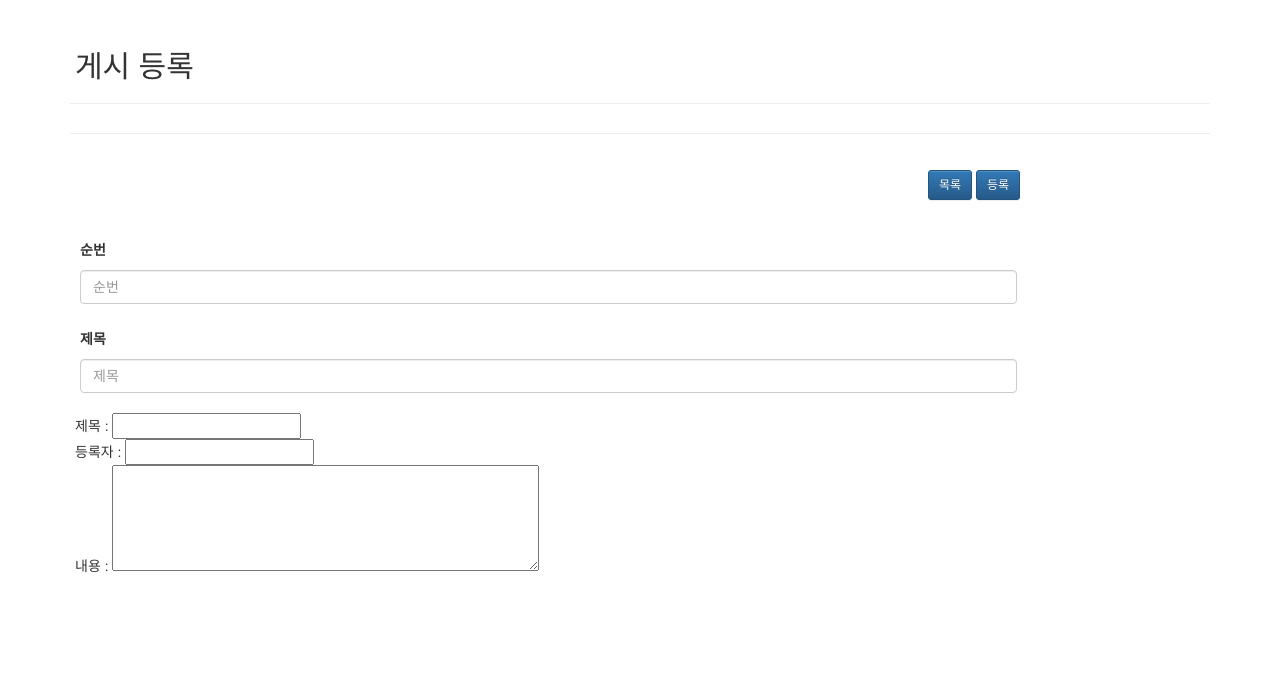
Repository: dongseon-git/WEB_JSP
Page: http://localhost/studyhtml5/board/board_reg.jsp
These files come from the project's save history. The page is drawn as it stood at one moment and after the next save; the edit follows.
The browser window is 1280 px wide. The pictures show the whole page.
The page is served by Tomcat 9. Nobody is signed in. The application's start-up code is not run. Other server files are loaded and not shown.

Above is the page before, as saved 2022-05-24 05:45:25.

### workspace/studyhtml5/WebContent/board/board_reg.jsp
<%@ page language="java" contentType="text/html; charset=UTF-8"
    pageEncoding="UTF-8"%>
    <!-- JSTL Core -->
<%@ taglib prefix="c" uri="http://java.sun.com/jsp/jstl/core" %>
<%@ taglib prefix="fmt" uri="http://java.sun.com/jsp/jstl/fmt"%>
<%@ taglib prefix="fn" uri="http://java.sun.com/jsp/jstl/functions" %>
    <%@include file = "/com/common.jsp" %>
    <%
    LOG.debug("contPath:" +contPath);
    %>
<!DOCTYPE html>
<html>
<head>
<meta name="viewport" content="width=device-width,initial-scale=1.0">
<meta charset="UTF-8">
<link rel="shortcut icon" type="image/x-icon" href="<%=contPath %>/favicon.ico">

<!--reset 스타일 시트 -->
<link rel="stylesheet" type="text/css" href="<%=contPath %>/asset/css/reset.css" >
<link rel="stylesheet"  type="text/css" href="<%=contPath %>/asset/css/jQuery-ui.css">
<link rel="stylesheet" href="https://maxcdn.bootstrapcdn.com/bootstrap/3.3.2/css/bootstrap.min.css">
<!-- 부가적인 테마 -->
<link rel="stylesheet" href="https://maxcdn.bootstrapcdn.com/bootstrap/3.3.2/css/bootstrap-theme.min.css">
<link rel="stylesheet"  type="text/css" href="<%=contPath %>/asset/css/jQuery-ui.css">
<!--스타일 시트 -->
<style type="text/css">
</style>
<title>Insert title here</title>
<!-- jquery -->
<script type="text/javascript" src="<%=contPath %>/asset/js/jquery-1.12.4.js"></script>
<!-- jQuery UI -->
<script type="text/javascript" src="<%=contPath %>/asset/js/jQuery-ui.js"></script>
<script src="https://maxcdn.bootstrapcdn.com/bootstrap/3.3.2/js/bootstrap.min.js"></script>
<script type="text/javascript" src="<%=contPath %>/asset/js/common.js"></script>
</head>
<body>
<div class="container">
    <!-- 제목  -->
    <div class="page-header">
<h2>게시 등록</h2>
<hr/>
 </div>
  <!-- 버튼 -->
    <div class="row text-right">
      <label class="col-sm-3 col-md-2 col-lg-2"></label>
      <div class="col-sm-9 col-md-10 col-lg-10">
      <input type="button" class="btn btn-primary btn-sm" value="목록" onclick="goList();"/>
        <input type="button" class="btn btn-primary btn-sm" value="등록" onclick="doSave();"/>


      </div>
    </div>
    <!--// 버튼  ---------------------------------------------------------------->
     <!-- form -->
    <form action="<%=contPath %>/board/board.do" name="boardFrm" id="boardFrm" class="form-horizontal">
          <input type="hidden" name="work_div" id="work_div" value="doSave"><br>
    <div class="form-group">
   <label for="seq" class="col-sm-3 col-md-2 col-lg-2 ">순번</label>
   <div class="col-sm-9 col-md-10 col-lg-10">
     <input type="text" maxlength="100" name="seq" id="seq" placeholder="순번" class="form-control">
   </div>
 </div>
       <div class="form-group">
  <label for="title" class="col-sm-3 col-md-2 col-lg-2 ">제목</label>
  <div class="col-sm-9 col-md-10 col-lg-10">
    <input type="text" maxlength="100" name="title" id="title" placeholder="제목" class="form-control">
  </div>
</div>


         제목 : <input type="text" name="title" id="title" maxlength="200"><br>
         등록자 : <input type="text" name="reg_id" id="reg_id"><br>
         내용 : <textarea rows="5" cols="50" name="contents" id="contents"></textarea><br>
    </form>
     <!--// form  -------------------------------------------------------------->
     </div>
      <!--// div container -------------------------------------------------------->
    <script type="text/javascript">
$(document).ready(function(){
    console.log(`document ready`);
});
function doSave(){
    console.log(`doSave()`);
    let frm = document.getElementById("boardFrm");

    let seq = $('#seq').val();
    if(null === seq || seq.trim().length == 0){
        $('#seq').focus();
        alert('순번을 입력하세요.');
        return false;
    }
    //제목
    let title = frm.title.value;
    console.log('title:'+title);
    if(null ===title || title.trim().length==0){
    $('#title').focus();
    alert('제목을 입력하세요.');
    return false;
    }
    let regId = $('#reg_id').val();
    if(null === regId || regId.trim().length == 0){
    	$('#reg_id').focus();
    	alert('등록자 id를 입력하세요.');
    	return;
    }
    let contents = $('#contents').val();
    if(null === contents || contents.trim().length == 0){
        $('#contents').focus();
        alert('내용을 입력하세요.');
        return;
    }
    if(false == confirm('저장하시겠습니까?'))return;
    //javascript form submit
    //frm.submit();
    //ajax
    $.ajax({
        type: "POST",
        url:"/studyhtml5/board/board.do",
        asyn:"true",
        dataType:"html",
        data:{
        	//변수:
            work_div:$('#work_div').val(),
            seq:seq,
            title:title,
            reg_id:regId,
            contents:contents

        },
        success:function(data){//통신 성공
            //console.log("success data:"+data);
            //문자열
        // 문자열 ->json 으로 변환
        const jsonObj = JSON.parse(data);
        console.log('jsonObj:'+ jsonObj.messageId);
        console.log('msgContents:'+jsonObj.msgContents);

        const listURLTest = "<%=contPath%>/studyhtml5/board/board_list.jsp";
        console.log('listURLTest:'+listURLTest);
        if(null !=jsonObj && jsonObj.messageId=='1'){//등록 성공
            alert(jsonObj.msgContents);
            //board_list.jsp 이동
            //javascript 코드 내에서도 자바코드
        	const listURL = "/studyhtml5/board/board.do?work_div=doRetrieve";
        	window.location.href = listURL;
        }else{//등록실패
        	alert(jsonObj.msgContents);
        }

        },
        error:function(data){//실패시 처리
            console.log("error:"+data);
        }
    });
}
</script>
</body>
</html>

### workspace/studyhtml5/WebContent/com/common.jsp
<%@page import="org.apache.log4j.Logger"%>
<%@ page language="java" contentType="text/html; charset=UTF-8"
    pageEncoding="UTF-8"%>
<%
//context path
String contPath = request.getContextPath();
Logger LOG = Logger.getLogger(this.getClass());

//http 1.1에서 지원하는 헤더: 웹브라우저가 응답결과를 캐시하지 않음
response.setHeader("Cache-Control", "no-cache");

//웹브라우저가 응답결과를 캐시하지 않음(앞/뒤로 가기 no-cache)
response.setHeader("Cache-Control","no-store");

//http 1.0에서 지원하는 헤더: 웹 브라우저가 응답결과를 캐시하지 않음
response.setHeader("Pragma","no-cache");

//http 1.0에서 현재시간 이전으로 캐시하지 않음
response.setHeader("Expires","1L");
%>

### workspace/studyhtml5/WebContent/asset/css/reset.css
@charset "UTF-8";
/* http://meyerweb.com/eric/tools/css/reset/
   v2.0 | 20110126
   License: none (public domain)
*/

html, body, div, span, object, iframe,
h1, h2, h3, h4, h5, h6, p, blockquote, pre,
a, abbr, acronym, address, big, cite, code,
del, dfn, em, img, ins, kbd, q, s, samp,
small, strike, strong, sub, sup, tt, var,
b, u, i, center,
dl, dt, dd, ol, ul, li,
fieldset, form, label, legend,
table, caption, tbody, tfoot, thead, tr, th, td,
article, aside, canvas, details, embed,
figure, figcaption, footer, header, hgroup,
menu, nav, output, ruby, section, summary,
time, mark, audio, video {
    margin: 5px;
    padding: 0;
    border: 0;
    font-size: 100%;
    font: inherit;
    vertical-align: baseline;
}
/* HTML5 display-role reset for older browsers */
article, aside, details, figcaption, figure,
footer, header, hgroup, menu, nav, section {
    display: block;
}
body {
    line-height: 1;
}
ol, ul {
    list-style: none;
}
blockquote, q {
    quotes: none;
}
blockquote:before, blockquote:after,
q:before, q:after {
    content: '';
    content: none;
}
table {
    border-collapse: collapse;
    border-spacing: 0;
}

### workspace/studyhtml5/WebContent/asset/js/common.js
'use strict';

let isEmpty = function(value){
    if(null == value || value == "" || "null" == value || value == undefined){
        return true;
    }else{
        return false;
    }
    }

Loaded but not shown: workspace/studyhtml5/WebContent/asset/css/jQuery-ui.css (library); workspace/studyhtml5/WebContent/asset/js/jquery-1.12.4.js (library); workspace/studyhtml5/WebContent/asset/js/jQuery-ui.js (library)

After the next save:
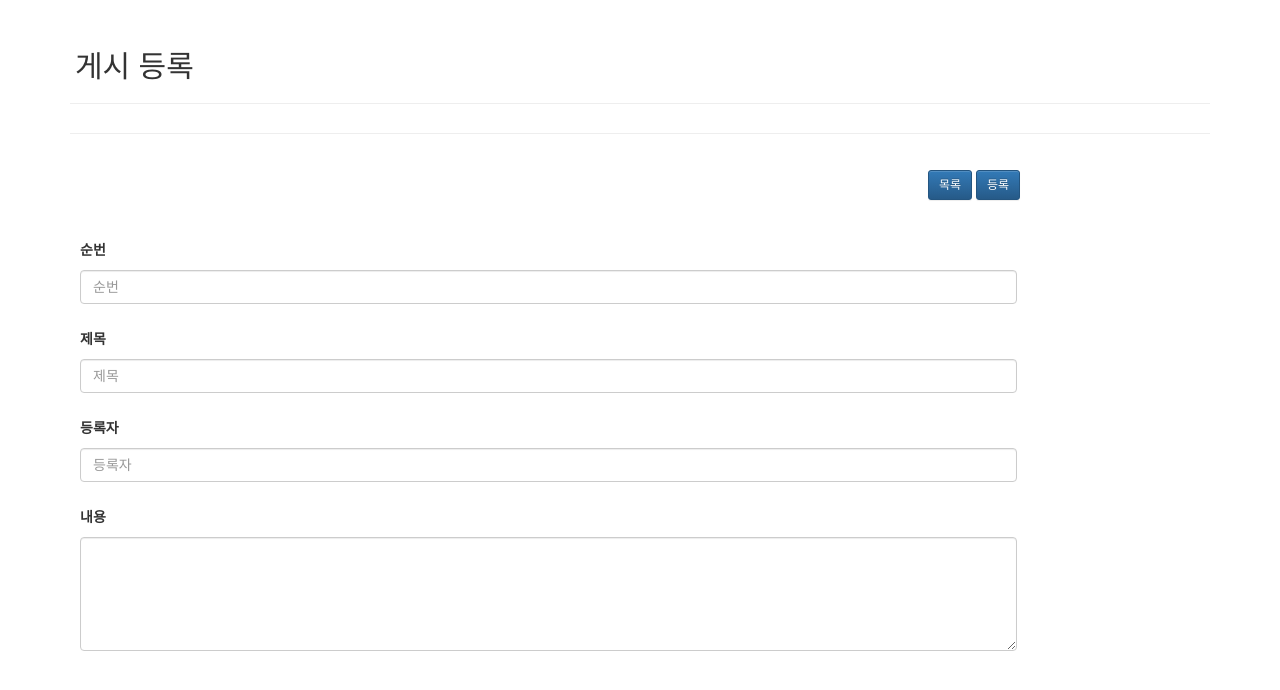
Saved 114 s later.
--- a/workspace/studyhtml5/WebContent/board/board_reg.jsp
+++ b/workspace/studyhtml5/WebContent/board/board_reg.jsp
@@ -66,11 +66,22 @@
     <input type="text" maxlength="100" name="title" id="title" placeholder="제목" class="form-control">
   </div>
 </div>
+ <div class="form-group">
+  <label for="reg_id" class="col-sm-3 col-md-2 col-lg-2 ">등록자</label>
+  <div class="col-sm-9 col-md-10 col-lg-10">
+    <input type="text" maxlength="100" name="reg_id" id="reg_id" placeholder="등록자" class="form-control">
+  </div>
+</div>
+    <!-- 내용 -->
+      <div class="form-group">
+        <label for="contents" class="col-sm-3 col-md-2 col-lg-2 ">내용</label>
+        <div class="col-sm-9 col-md-10 col-lg-10">
+          <textarea rows="5" cols="20" name="contents" id="contents" class="form-control"></textarea>
+        </div>
+      </div>
+      <!--// 내용  -------------------------------------------------------------->
 
 
-         제목 : <input type="text" name="title" id="title" maxlength="200"><br>
-         등록자 : <input type="text" name="reg_id" id="reg_id"><br>
-         내용 : <textarea rows="5" cols="50" name="contents" id="contents"></textarea><br>
     </form>
      <!--// form  -------------------------------------------------------------->
      </div>
